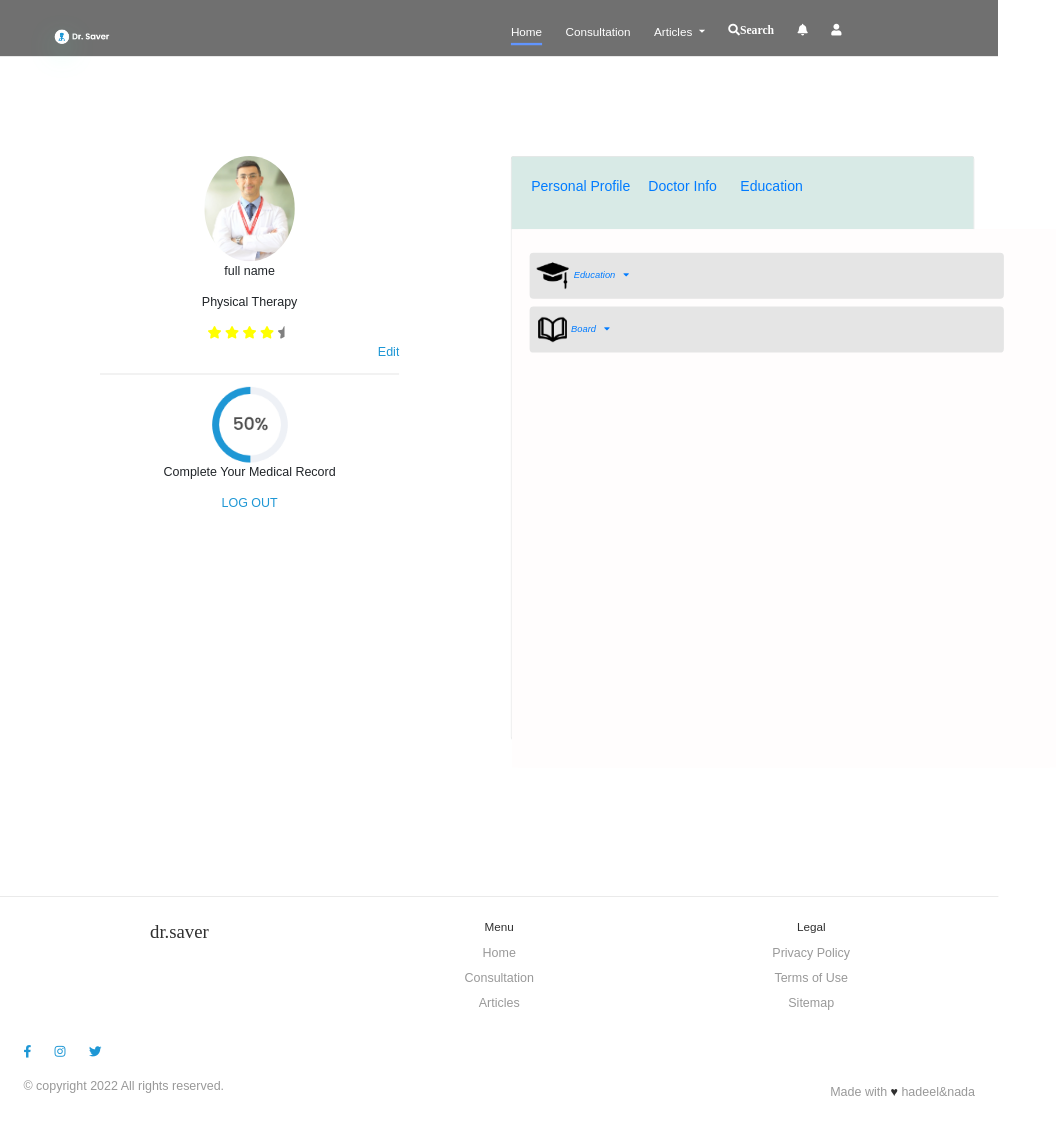
Repository: nsra/hadeel_doctor_system
Page: doctor/Dprofile.html
These files come from the project's save history. The page is drawn as it stood at one moment and after the next save; the edit follows.
The browser window is 1280 px wide. The page is 1361 px wide, so the pictures cover 1361 px, including what lies to the right of the window. The pictures show the whole page, at 78% of full size.
Some web fonts or font styles are not loaded; a fallback is used. Some web libraries are served in a nearby version.

Above is the page before, as saved 2022-04-09 21:05:48.

After the next save:
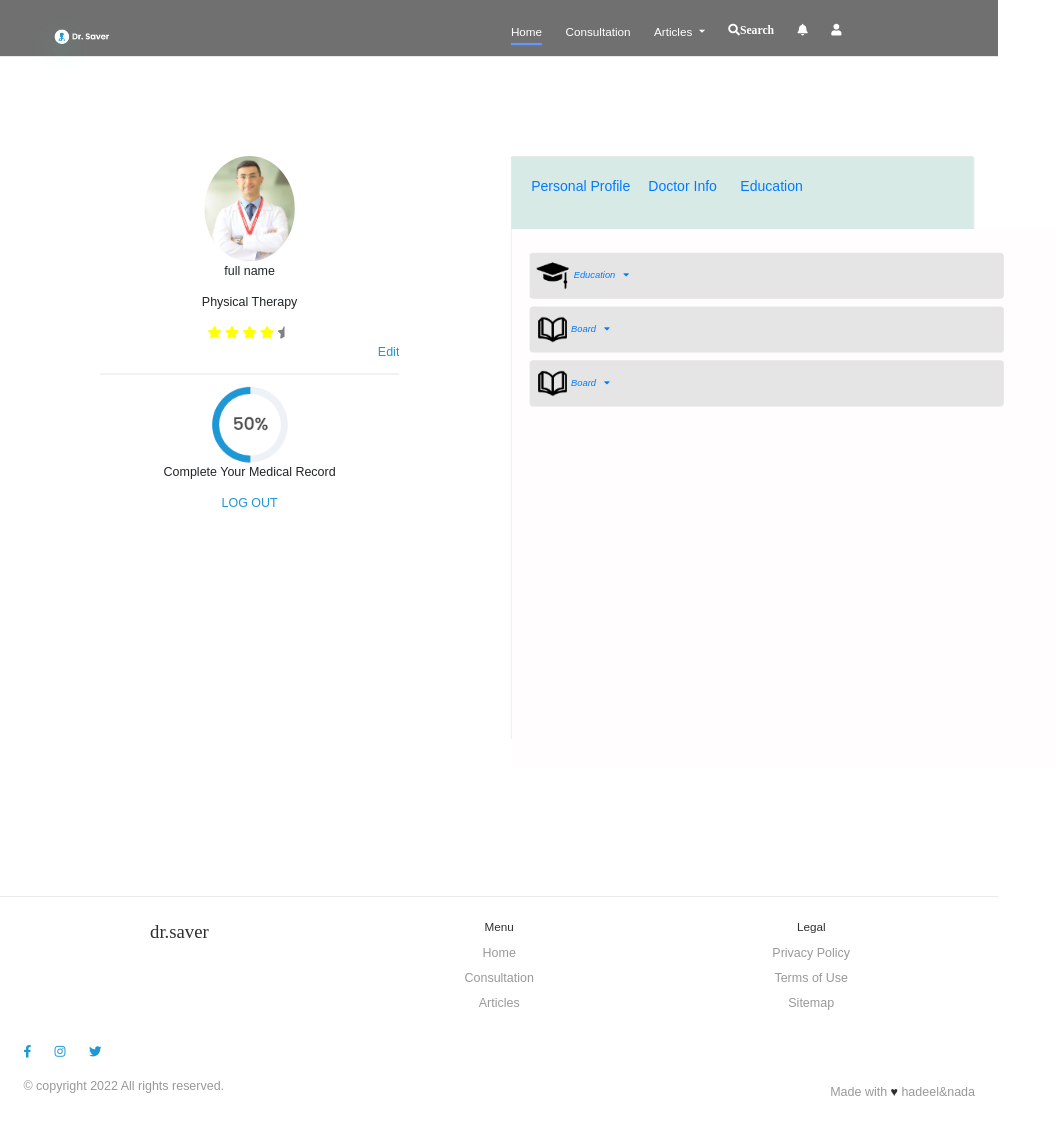
Saved 39 s later.
--- a/doctor/Dprofile.html
+++ b/doctor/Dprofile.html
@@ -219,6 +219,22 @@
 
                                </form>
                              </div>
+                             <li class="dropdown-btn"> <img src="../assets/img/PHOTO-17.png" alt="" >Board
+                              <i class="fa fa-caret-down"></i>
+                           </li>
+                           <div class="dropdown-container">
+                             <form action="">
+
+
+                                <input id="board"  name="board " placeholder="Board Title " type="text" required>
+                                <div class="input-field row ">
+                                  <center><button type="submit" name="change" style="padding:10px;color:#fff; width:150px;border:none;text-transform:uppercase" class="waves-effect waves-light btn indigo m-b-xs" onclick="">Add</button></center>
+                                  <center><button type="submit" name="change" style="padding:10px;color:#fff;margin-left:50px;width:150px;border:none;text-transform:uppercase" class="waves-effect waves-light btn indigo m-b-xs" onclick="">Cancel</button></center>
+
+                                  </div>
+
+                             </form>
+                           </div>
                                           </ul>
                                 </i> </a>
                                  </ul>
